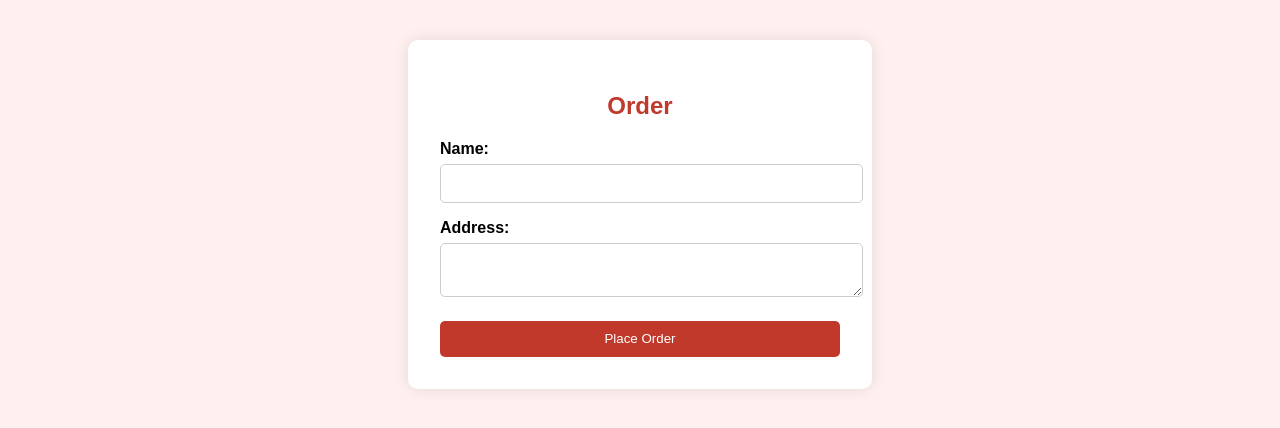
Repository: S12ahana/Food-Ordering-Website
Page: project1/order.html
An editor plug-in stored every save of this project. The page is shown before and after the next save, followed by the edit.
The browser window is 1280 px wide. The pictures show the whole page.

Above is the page before, as saved 2025-07-30 18:32:24.

After the next save:
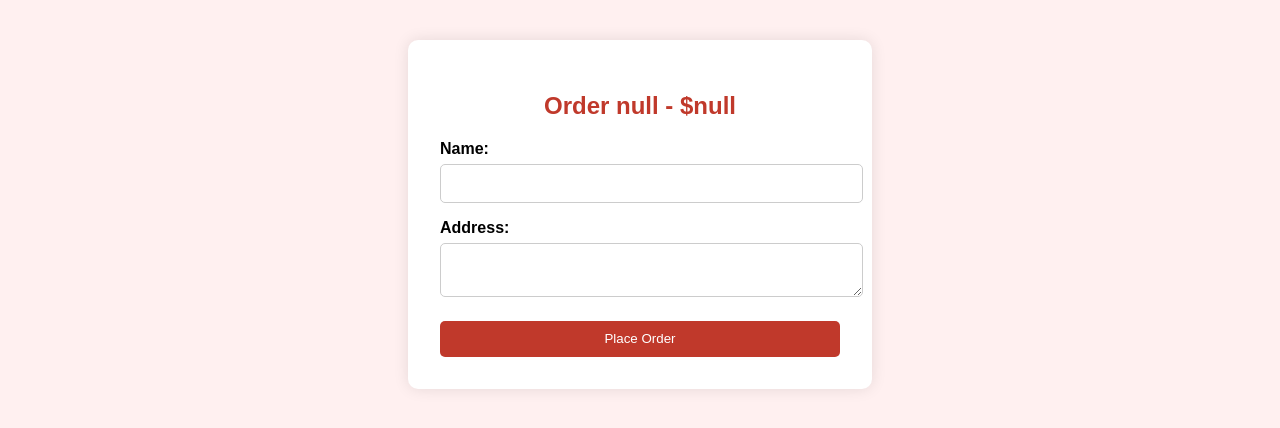
Console error: SyntaxError: Identifier 'urlParams' has already been declared
Saved 12 s later.
--- a/project1/order.html
+++ b/project1/order.html
@@ -63,6 +63,44 @@
 
 
 
+  <script>
+  // Get dish name and price from query string
+  const urlParams = new URLSearchParams(window.location.search);
+  const dish = urlParams.get('dish');
+  const price = urlParams.get('price');
+
+  document.getElementById('dish-name').textContent = `${dish} - $${price}`;
+  document.getElementById('dishInput').value = dish;
+
+  // Handle form submit
+  document.getElementById('orderForm').addEventListener('submit', async function(e) {
+    e.preventDefault();
+    const formData = new FormData(e.target);
+    const data = Object.fromEntries(formData.entries());
+
+    const order = {
+      name: data.name,
+      address: data.address,
+      items: [data.dish],
+      totalPrice: parseFloat(price)
+    };
+
+    const response = await fetch('http://localhost:5000/api/orders', {
+      method: 'POST',
+      headers: {
+        'Content-Type': 'application/json'
+      },
+      body: JSON.stringify(order)
+    });
+
+    if (response.ok) {
+      alert("Order placed successfully!");
+      window.location.href = 'index.html';
+    } else {
+      alert("Error placing order.");
+    }
+  });
+</script>
 
   <script>
     // Get dish name from URL query param
